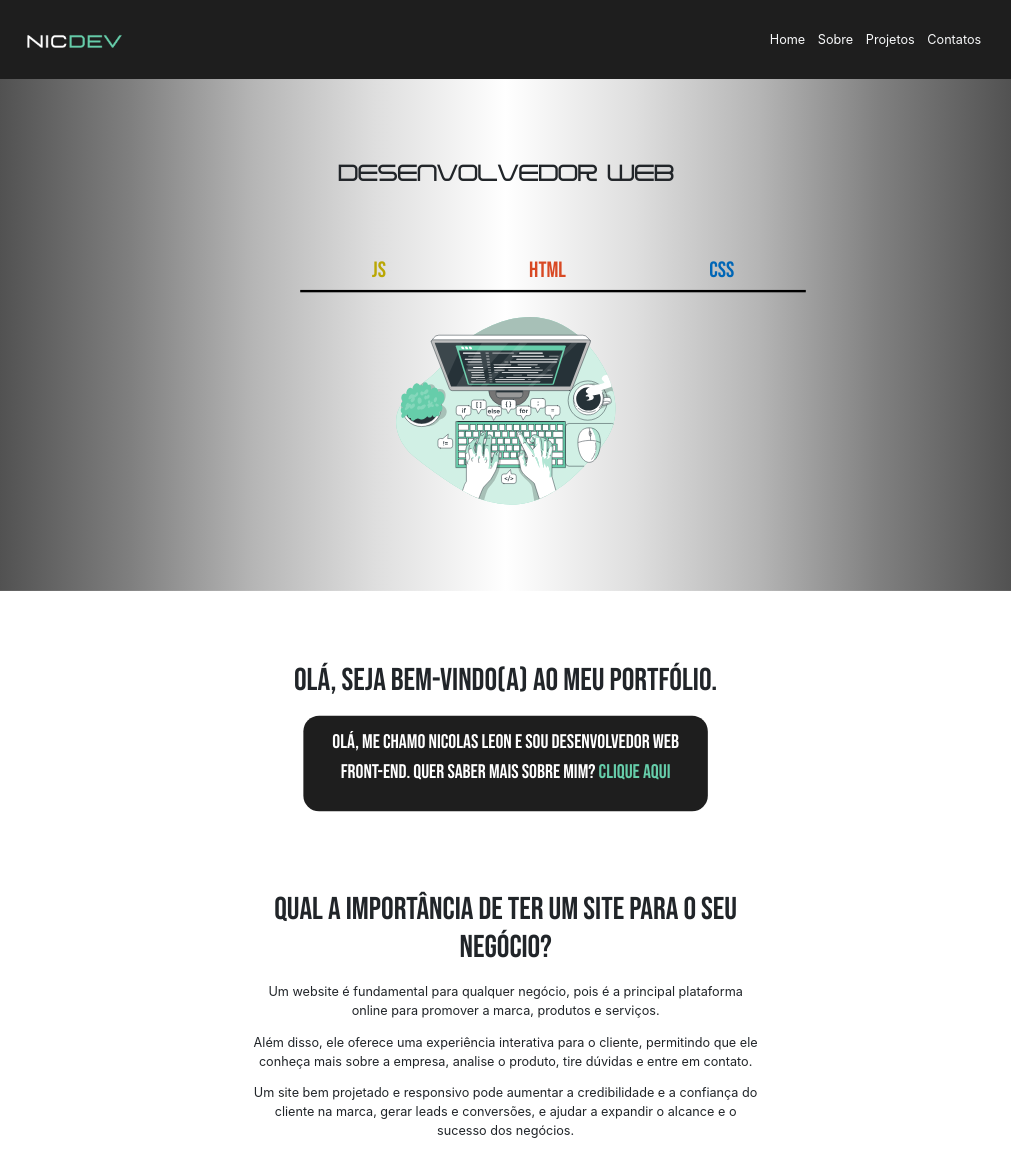
Repository: Leonngc/nicdev
Page: index.html
These files come from the project's save history. The page is drawn as it stood at one moment and after a run of saves; the edit follows.
The browser window is 1280 px wide. The pictures show the whole page, at 79% of full size.
Some web libraries are served in a nearby version.

Above is the page before, as saved 2023-04-14 16:25:50.

### index.html
<!DOCTYPE html>
<html lang="pt-br">
  <head>
    <meta charset="UTF-8" />
    <meta http-equiv="X-UA-Compatible" content="IE=edge" />
    <meta name="viewport" content="width=device-width, initial-scale=1.0" />
    <link rel="stylesheet" href="https://stackpath.bootstrapcdn.com/bootstrap/4.1.3/css/bootstrap.min.css" integrity="sha384-MCw98/SFnGE8fJT3GXwEOngsV7Zt27NXFoaoApmYm81iuXoPkFOJwJ8ERdknLPMO" crossorigin="anonymous">
    <link rel="stylesheet" href="styles/contain.css">
    <link rel="stylesheet" href="styles/main.css">
    <link rel="stylesheet" href="styles/scrollbar.css">
    <title>nicdev</title>
  </head>
  <body>

    <header style="width: 100vw;">
      <nav class="navbar navbar-expand-lg navbar-dark" style="background-color: #1E1E1E; padding: 30px;">
        <a class="navbar-brand" href="#" ><img src="images/nicdev-logo.png" alt="" style="width: 130px;"></a>
        <button class="navbar-toggler" type="button" data-toggle="collapse" data-target="#navbarNav" aria-controls="navbarNav" aria-expanded="false" aria-label="Alterna navegação">
          <span class="navbar-toggler-icon"></span>
        </button>
        <div class="collapse navbar-collapse justify-content-end" id="navbarNav">
          <ul class="navbar-nav" >
            <li class="nav-item active">
              <a class="nav-link text-light " href="#">Home <span class="sr-only">(Página atual)</span></a>
            </li>
            <li class="nav-item">
              <a class="nav-link text-light" href="#">Sobre</a>
            </li>
            <li class="nav-item ">
              <a class="nav-link text-light" href="#">Projetos</a>
            </li>
            <li class="nav-item">
              <a class="nav-link text-light" href="#">Contatos</a>
            </li>
          </ul>
        </div>
      </nav>
    </header>

    <div class="contain">
      <h2>DESENVOLVEDOR WEB</h2>
      <div class="skills">
        <span style="color: #baa704;">JS</span>
        <span style="color: #D84924;">HTML</span>
        <span style="color: #0066B6;">CSS</span>
      </div>

      <img src="images/Code typing-bro.svg" alt="" class="code-image">
    </div>

    <main>
        <h3>
          Olá, seja bem-vindo(a) ao meu portfólio.
        </h3>
        <div class="box">
          <p>Olá, me chamo Nicolas Leon e sou desenvolvedor web front-end. Quer saber mais sobre mim? <a href="">Clique aqui</a>
          </p>
      </div>

      <div class="text-box">
        <h3>Qual a importância de ter um site para o seu negócio?</h3>
        <p>Um website é fundamental para qualquer negócio, pois é a principal plataforma online para promover a marca, produtos e serviços.
        </p>
        <div></div>
        <p>
          Além disso, ele oferece uma experiência interativa para o cliente, permitindo que ele conheça mais sobre a empresa, analise o produto, tire dúvidas e entre em contato.
        </p>

        <p>Um site bem projetado e responsivo pode aumentar a credibilidade e a confiança do cliente na marca, gerar leads e conversões, e ajudar a expandir o alcance e o sucesso dos negócios.</p>
      </div>
    </main>

    <script src="https://code.jquery.com/jquery-3.3.1.slim.min.js" integrity="sha384-q8i/X+965DzO0rT7abK41JStQIAqVgRVzpbzo5smXKp4YfRvH+8abtTE1Pi6jizo" crossorigin="anonymous"></script>
    <script src="https://cdnjs.cloudflare.com/ajax/libs/popper.js/1.14.3/umd/popper.min.js" integrity="sha384-ZMP7rVo3mIykV+2+9J3UJ46jBk0WLaUAdn689aCwoqbBJiSnjAK/l8WvCWPIPm49" crossorigin="anonymous"></script>
    <script src="https://stackpath.bootstrapcdn.com/bootstrap/4.1.3/js/bootstrap.min.js" integrity="sha384-ChfqqxuZUCnJSK3+MXmPNIyE6ZbWh2IMqE241rYiqJxyMiZ6OW/JmZQ5stwEULTy" crossorigin="anonymous"></script>
  </body>
</html>

### styles/contain.css
@import url('https://fonts.googleapis.com/css2?family=Bebas+Neue&display=swap'); /* CDN GOOGLE  FONT */
@font-face {
    font-family: Lastica;
    src: url(../fonts/instrg.ttf)
}

*{
    max-width: 100vw;
}

:root{
 --bebas-neue : 'Bebas Neue', cursive;
}

.contain{
    margin: auto;
    width: 100vw;
    height: 90vh;
   justify-content: center;
   text-align: center;
   padding-top: 100px;

   background-image: linear-gradient(
  270deg,
  hsl(0, 0%, 32%) 0%,
  hsl(0deg 0% 50%) 13%,
  hsl(0deg 0% 71%) 25%,
  hsl(0deg 0% 87%) 37%,
  hsl(0deg 0% 100%) 50%,
  hsl(0deg 0% 87%) 63%,
  hsl(0deg 0% 71%) 75%,
  hsl(0deg 0% 50%) 87%,
  hsl(0deg 0% 32%) 100%
);

}


h2{
    font-family: Lastica, sans-serif;
    font-weight: bold;
}

.skills{
    width: 50%;
    display: flex;
    justify-content: space-around;
    margin-left: 380px;
    margin-right: 380px;
    margin-top: 80px;
    border-bottom: 3px solid black;
}

.skills > span{
    font-size: 28px;
    font-family: var(--bebas-neue), sans-serif;
    color: #4BC6B9;
    padding: 3px;
}

.code-image{
    width: 300px;

}

@media screen and (max-width: 900px) {
    .skills{
        margin: auto;
    }
}

### styles/main.css
@import url('https://fonts.googleapis.com/css2?family=Bebas+Neue&display=swap'); /* CDN GOOGLE  FONT */
@import url('https://cdn-uicons.flaticon.com/uicons-solid-straight/css/uicons-solid-straight.css'); /* CDN ICON*/
@font-face {
    font-family: Lastica;
    src: url(../fonts/instrg.ttf)
}

*{
    max-width: 100vw;
}

:root{
 --bebas-neue : 'Bebas Neue', cursive;
}

main{
    margin-top: 90px;
    text-align: center;
}

h3{
    font-family: var(--bebas-neue), sans-serif;
    font-size: 40px;
    margin-bottom: 20px;
}

.box{
    background-color: #1E1E1E;
    color: white;
    width:40vw;
    margin: auto;
    padding: 15px;
    border-radius: 20px;
}

.box > p{
    font-size: 25px;
    font-family: var(--bebas-neue);
}

.box > p a{
    color: #66CDAA;
}

.text-box{
    width: 50vw;
    margin: auto;
    margin-top: 100px;
}

### styles/scrollbar.css
body{
    overflow-x: hidden;
}
body::-webkit-scrollbar {
    width: 6px;               /* width of the entire scrollbar */
  }

  body::-webkit-scrollbar-track {
    background: rgb(5, 5, 5);        /* color of the tracking area */
  }

  body::-webkit-scrollbar-thumb {
    background-color: #4BC6B9;    /* color of the scroll thumb */
    border-radius: 20px;       /* roundness of the scroll thumb */
  }

After the next 3 saves:
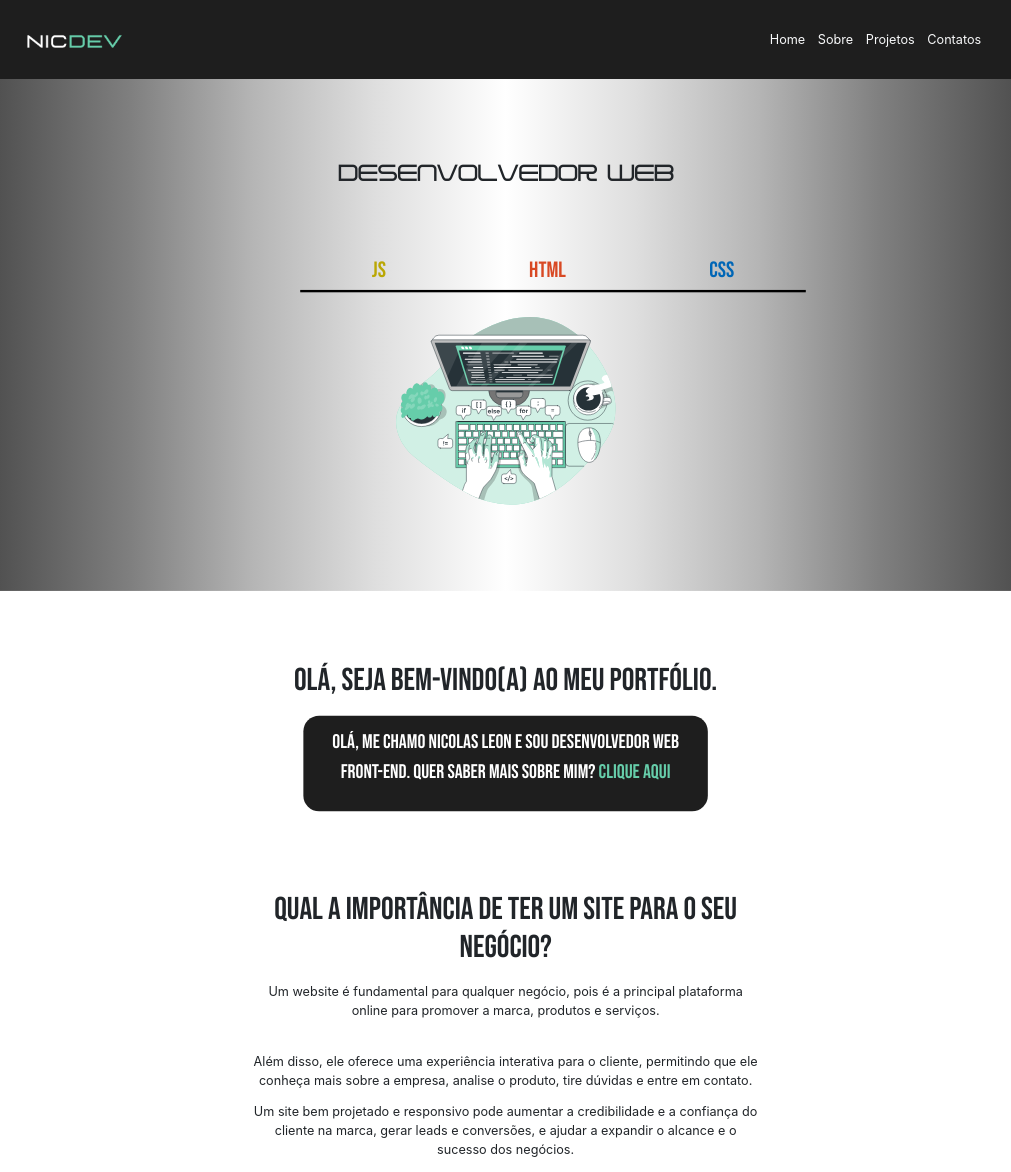
The 3 saves are shown as one change because they came seconds apart.
The last was saved 7 s later.
--- a/index.html
+++ b/index.html
@@ -61,7 +61,9 @@
         <h3>Qual a importância de ter um site para o seu negócio?</h3>
         <p>Um website é fundamental para qualquer negócio, pois é a principal plataforma online para promover a marca, produtos e serviços.
         </p>
-        <div></div>
+        <div class="image">
+          <img src="" alt="" srcset="">
+        </div>
         <p>
           Além disso, ele oferece uma experiência interativa para o cliente, permitindo que ele conheça mais sobre a empresa, analise o produto, tire dúvidas e entre em contato.
         </p>
